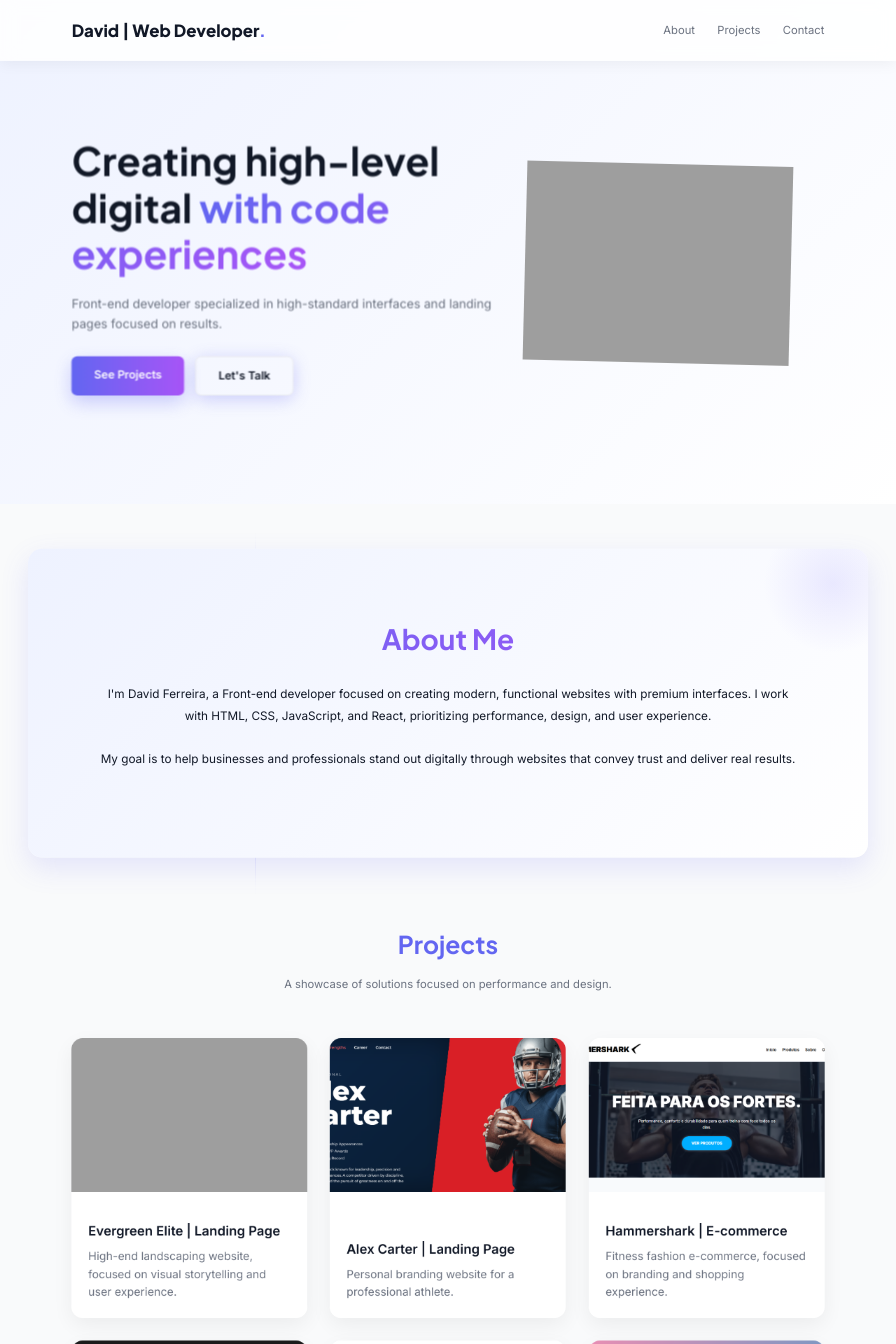
Repository: davidfsillva/portifolio
Page: index.html
The author's editor kept a copy of each file at every save. The page is drawn from the files as they stood at one save, then again after the next save.
The browser window is 1280 px wide. The pictures show the part of the page from y = 0 to 1920 px (the page is 2945 px tall), at 70% of full size.
Pictures or frames that could not be fetched are drawn as grey boxes.

Above is the page before, as saved 2026-02-13 16:04:48.
Console error: TypeError: Cannot read properties of null (reading 'addEventListener')

After the next save:
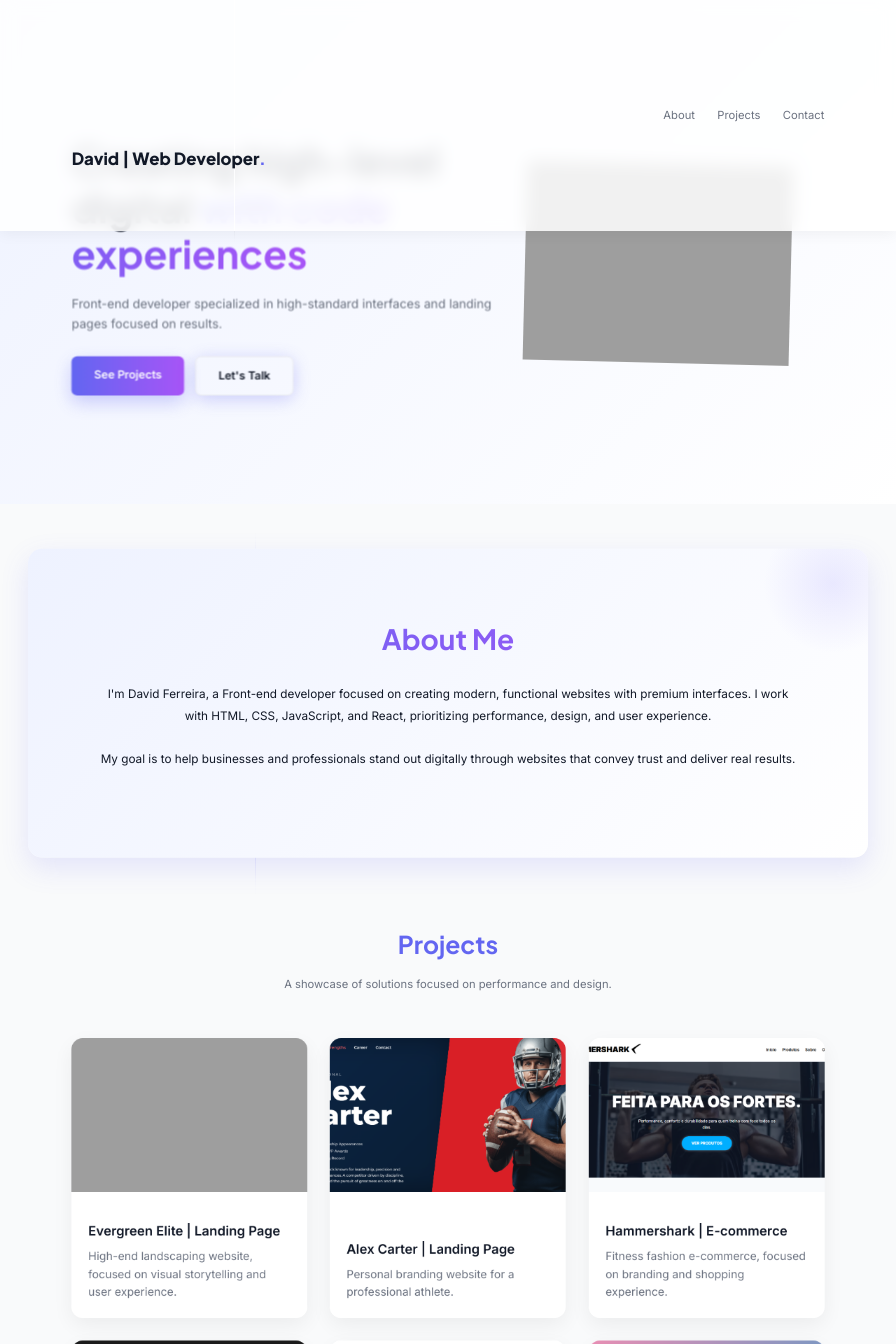
Saved 23 s later.
--- a/style.css
+++ b/style.css
@@ -54,7 +54,7 @@
 .logo {
   font-family: 'Plus Jakarta Sans', sans-serif;
   font-weight: 800;
-  font-size: 1.4rem;
+  font-size: 11rem;
 }
 
 .logo a {

After the 2 saves that followed:
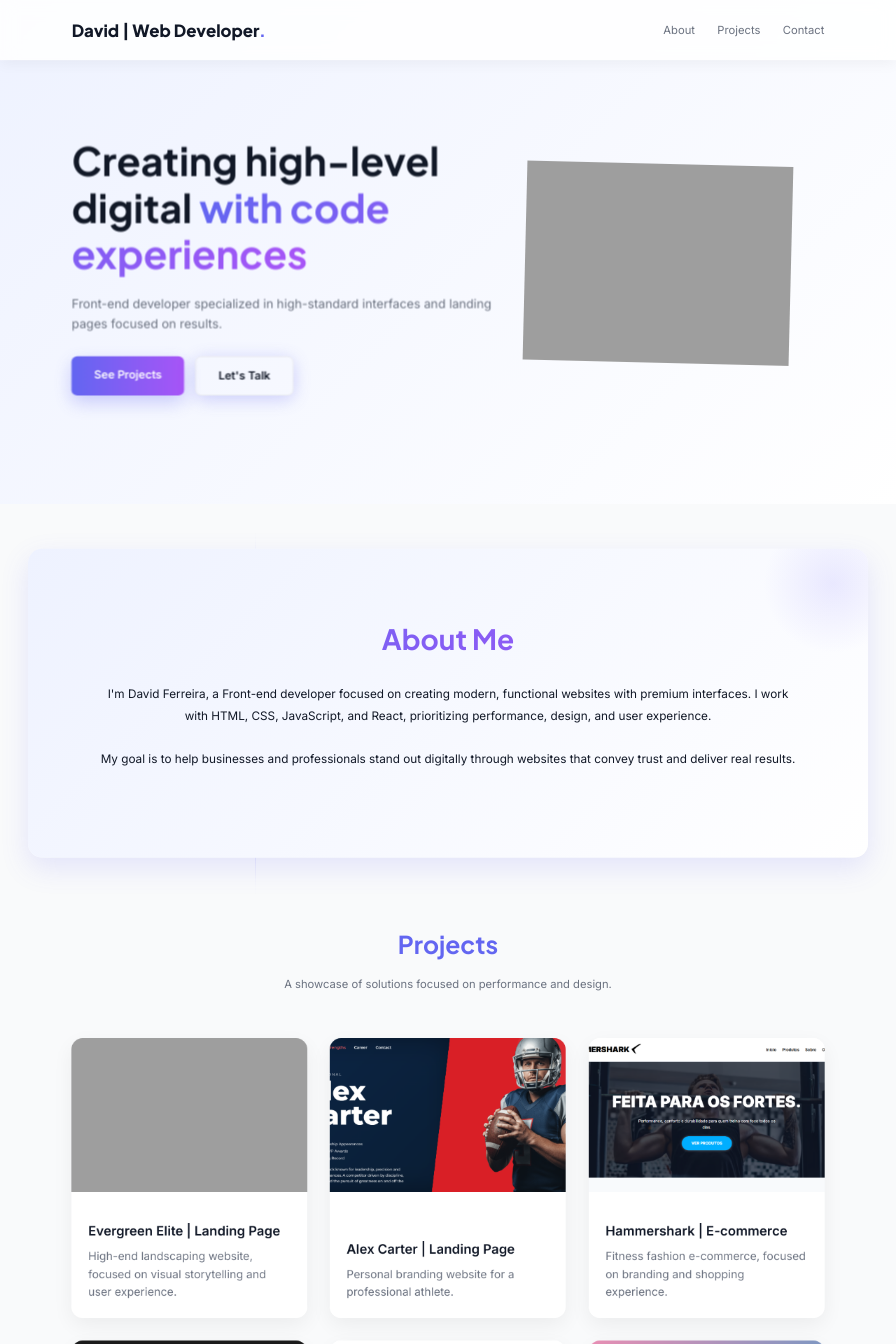
The 2 saves are shown as one change because they came seconds apart.
The last was saved 21 s later.
--- a/style.css
+++ b/style.css
@@ -54,7 +54,7 @@
 .logo {
   font-family: 'Plus Jakarta Sans', sans-serif;
   font-weight: 800;
-  font-size: 11rem;
+  font-size: 1.1rem;
 }
 
 .logo a {
